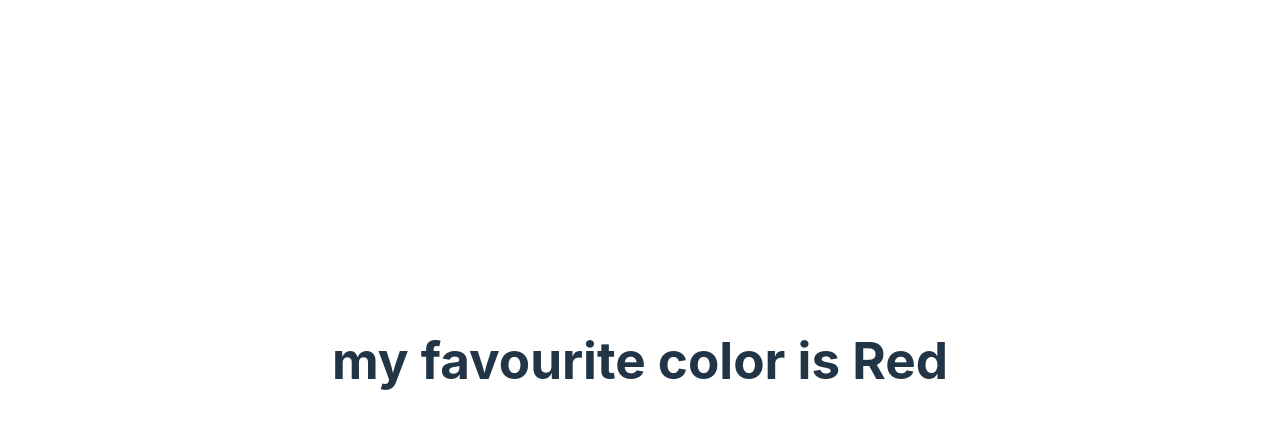
Repository: wakoya-tech/react-project
Page: / (app in Hooks/)
An editor plug-in stored every save of this project. The page is shown before and after the next save, followed by the edit.
The browser window is 1280 px wide. The pictures show the whole page.
The project was rebuilt for these pictures with package versions that can differ from the ones it lists, and the page was loaded fresh each time. Also part of the build but not shown: Hooks/vite.config.js.

Above is the page before, as saved 2025-10-14 21:57:21.

After the next save:
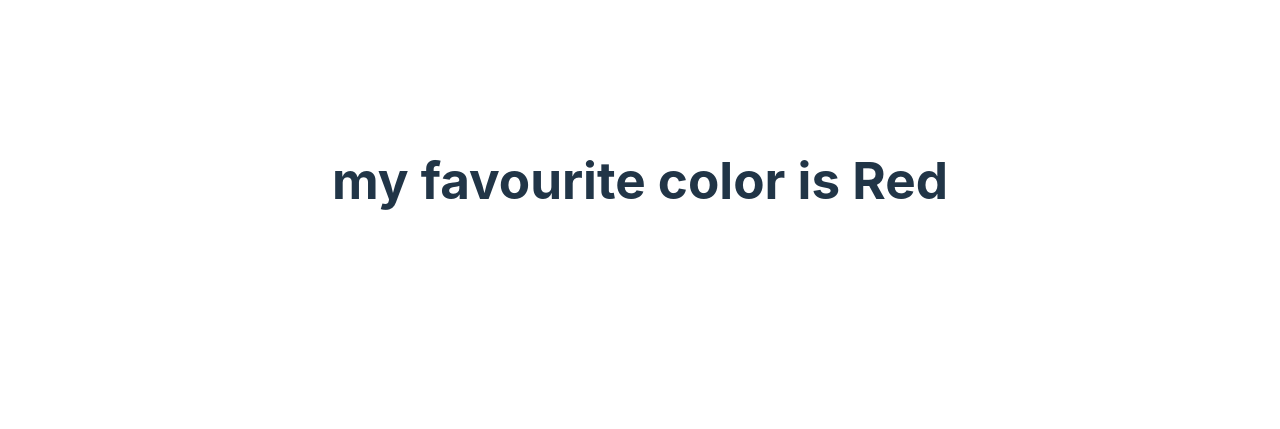
Saved 10 s later.
--- a/Hooks/src/index.css
+++ b/Hooks/src/index.css
@@ -28,7 +28,7 @@
   display: flex;
   place-items: center;
   min-width: 220px;
-  min-height: 100vh;
+  min-height: 50vh;
 }
 
 h1 {

After the save that followed:
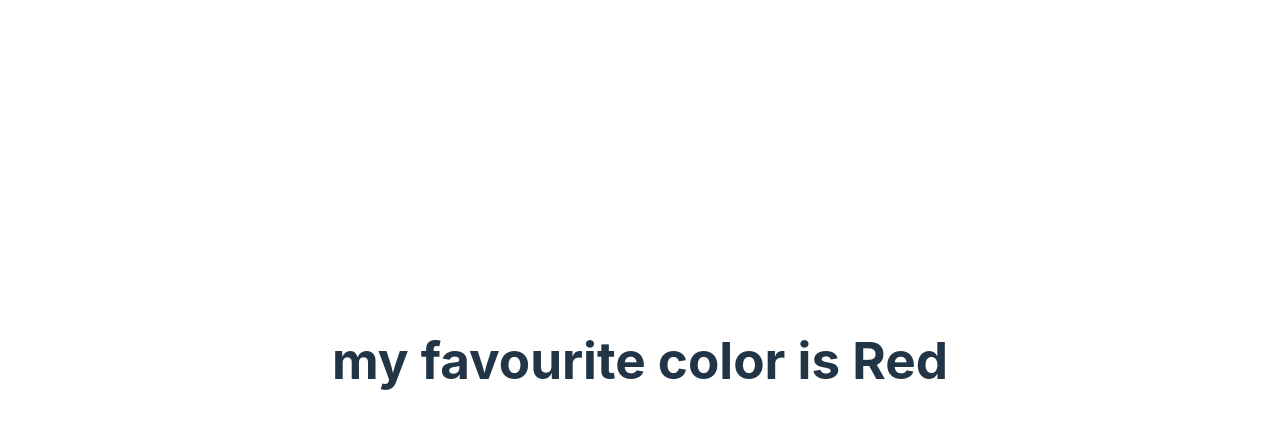
Saved 13 s later.
--- a/Hooks/src/index.css
+++ b/Hooks/src/index.css
@@ -27,8 +27,8 @@
   margin: 0;
   display: flex;
   place-items: center;
-  min-width: 220px;
-  min-height: 50vh;
+  min-width: 120px;
+  min-height: 100vh;
 }
 
 h1 {
